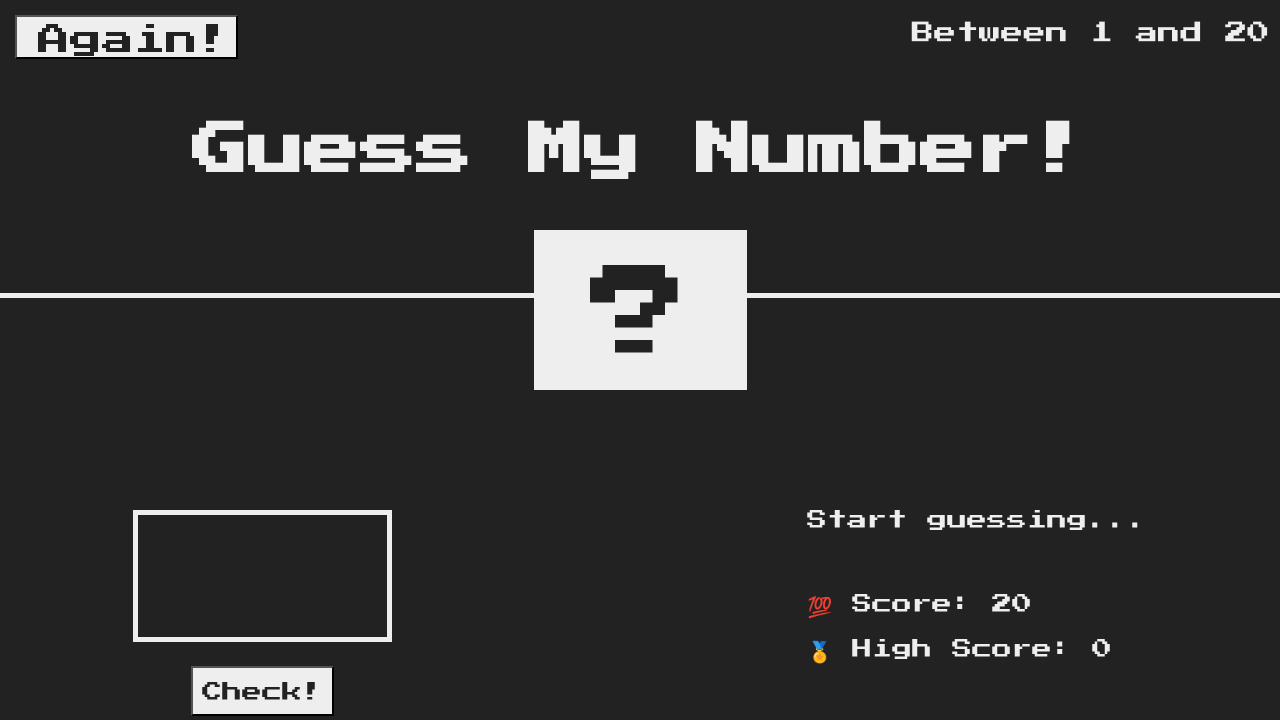
Repository: Aaryan-Poria/guess-the-number
Page: index.html
These files come from the project's save history. The page is drawn as it stood at one moment and after the next save; the edit follows.
The browser window is 1280 px wide. The pictures show the whole page.

Above is the page before, as saved 2023-08-18 22:12:15.

### index.html
<!DOCTYPE html>
<html lang="en">
  <head>
    <link rel="preconnect" href="https://fonts.googleapis.com" />
    <link rel="preconnect" href="https://fonts.gstatic.com" crossorigin />
    <link
      href="https://fonts.googleapis.com/css2?family=Press+Start+2P&display=swap"
      rel="stylesheet"
    />

    <meta charset="UTF-8" />
    <meta name="viewport" content="width=device-width, initial-scale=1.0" />
    <title>Guess My Number Game</title>
    <link rel="stylesheet" href="style.css" />
  </head>
  <body>
    <section class="page-top">
      <div class="header">
        <button class="btn again">Again!</button>
        <p class="between">Between 1 and 20</p>
      </div>
      <h3 class="guessText">Guess My Number!</h3>
    </section>
    <p class="number">?</p>
    <section class="page-bottom">
      <div class="interact">
        <label for="userInput">
          <input type="number" name="userInput" id="userInput" />
        </label>
        <button class="check">Check!</button>
      </div>
      <div class="text">
        <p class="startGuessing">Start guessing...</p>
        <p class="score">💯 Score: 20</p>
        <p class="highScore">🏅 High Score: 0</p>
      </div>
    </section>
    <script src="script.js"></script>
  </body>
</html>

### style.css
* {
  background-color: rgb(34, 34, 34);
  color: #eee;
  font-family: "Press Start 2P", cursive;
}

body {
  margin: 0;
  padding: 0;
  display: flex;
  flex-direction: column;
}
section.page-top {
  display: flex;
  flex-direction: column;
  justify-content: center;
  align-items: center;
  /* flex-grow: 1; */
  /* flex-shrink: 1; */
  flex-basis: 100%;
  border-bottom: 5px solid #eee;
  margin-bottom: -168px;
  padding-bottom: 58px;
}
div.header {
  display: flex;
  justify-content: space-between;
  align-items: flex-start;
  width: 100%;
}
.again {
  font-size: 2rem;
  padding-top: 7px;
  padding-left: 21px;
  background-color: #eee;
  color: rgb(34, 34, 34);
  display: flex;
  justify-content: center;
  align-items: center;
  margin-top: 15px;
  margin-left: 15px;
}
.between {
  display: flex;
  font-size: 1.4rem;
  padding-right: 10px;
  justify-content: center;
  align-items: center;
}
.guessText {
  font-size: 3.5rem;
}
p.number {
  color: rgb(34, 34, 34);
  background-color: #eee;
  display: flex;
  width: 213px;
  height: 150px;
  align-self: center;
  justify-content: center;
  align-items: center;
  font-size: 100px;
  padding-top: 10px;
}
section.page-bottom {
  display: flex;
  justify-content: space-around;
  align-items: flex-start;
  margin-top: 20px;
}
.interact {
  display: flex;
  flex-direction: column;
}
#userInput {
  border: 5px solid #eee;
  height: 120px;
  font-size: 3.5rem;
  width: 245px;
  text-indent: 60px;
}
.check {
  display: flex;
  font-size: 20px;
  background-color: #eee;
  color: rgb(34, 34, 34);
  width: 143px;
  height: 50px;
  margin-top: 24px;
  justify-content: center;
  align-self: center;
  padding-top: 14px;
}
.text {
  display: flex;
  flex-direction: column;
  font-size: 20px;
  margin-left: 150px;
}
.startGuessing {
  margin-top: 0px;
  padding-top: 0px;
}
.score {
  margin-top: 44px;
}
.highScore {
  margin-top: 0px;
}

### script.js
"use strict";

function generateRandomNumber() {
  return Math.trunc(Math.random() * 20) + 1;
}

const message = document.querySelector(".startGuessing").textContent;
let userInput = document.querySelector("#userInput").value;

let score = 20;
let highscore = 0;

const hiddenNumber = generateRandomNumber();

userInput = 13;
console.log(userInput);

After the next save:
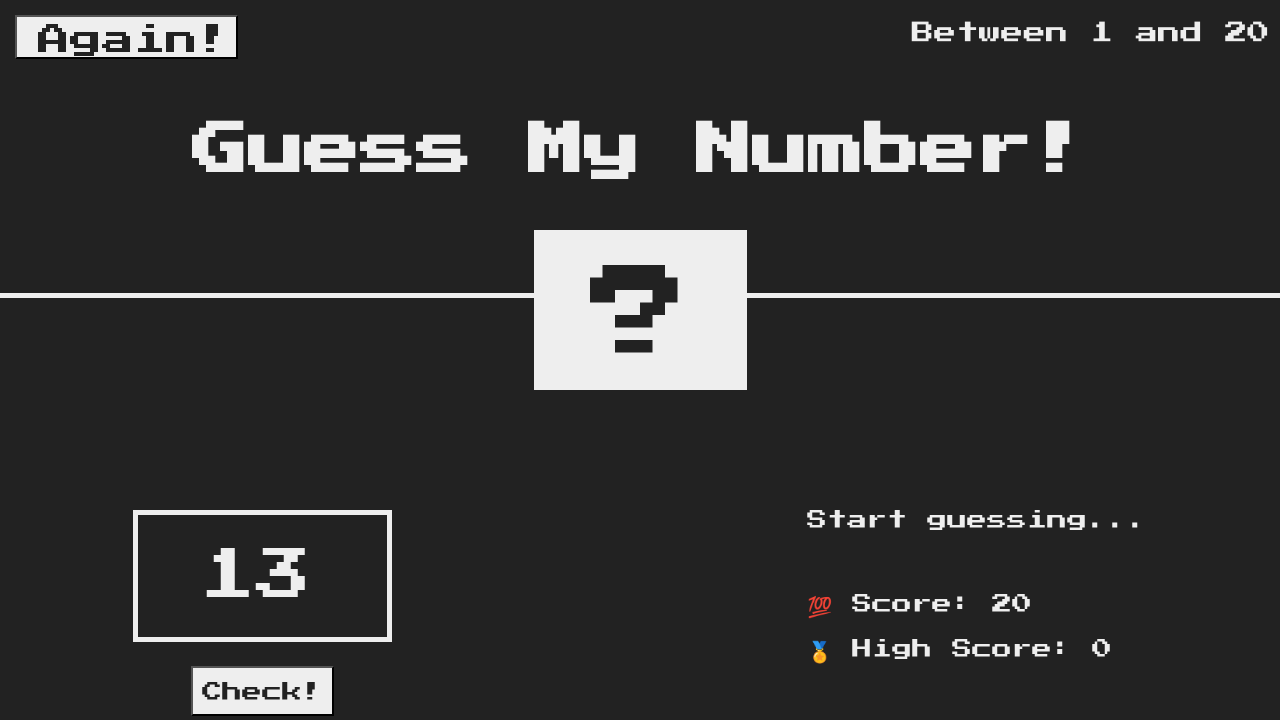
Saved 34 s later.
--- a/script.js
+++ b/script.js
@@ -12,5 +12,5 @@ let highscore = 0;
 
 const hiddenNumber = generateRandomNumber();
 
-userInput = 13;
-console.log(userInput);
+document.querySelector("#userInput").value = 13;
+console.log(document.querySelector("#userInput").value);
